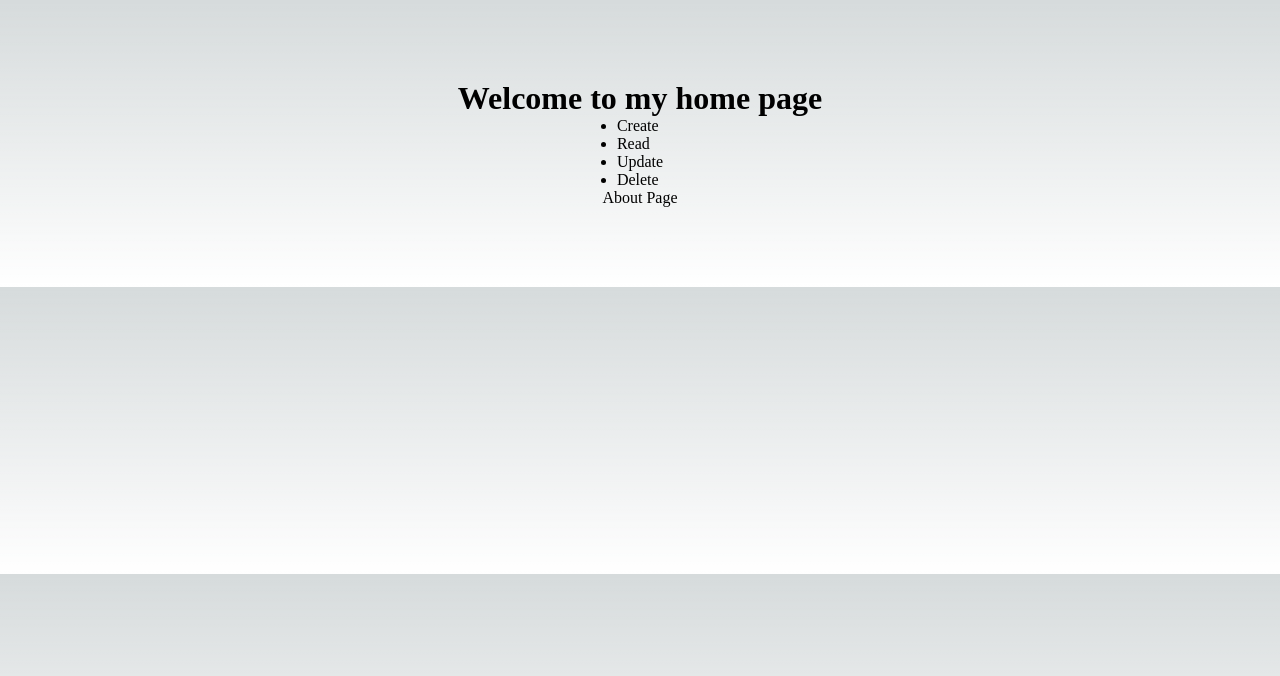
Repository: Aaron-Trippy/class-4-tests
Page: /
The author's editor kept a copy of each file at every save. The page is drawn from the files as they stood at one save, then again after the next save.
The browser window is 1280 px wide. The pictures show the whole page.
The project was rebuilt for these pictures with package versions that can differ from the ones it lists, and the page was loaded fresh each time. The framework's server and built-in components were replaced by stand-ins that run in the browser. Also part of the build but not shown: next.config.js.

Above is the page before, as saved 2023-01-26 14:49:04.

After the next save:
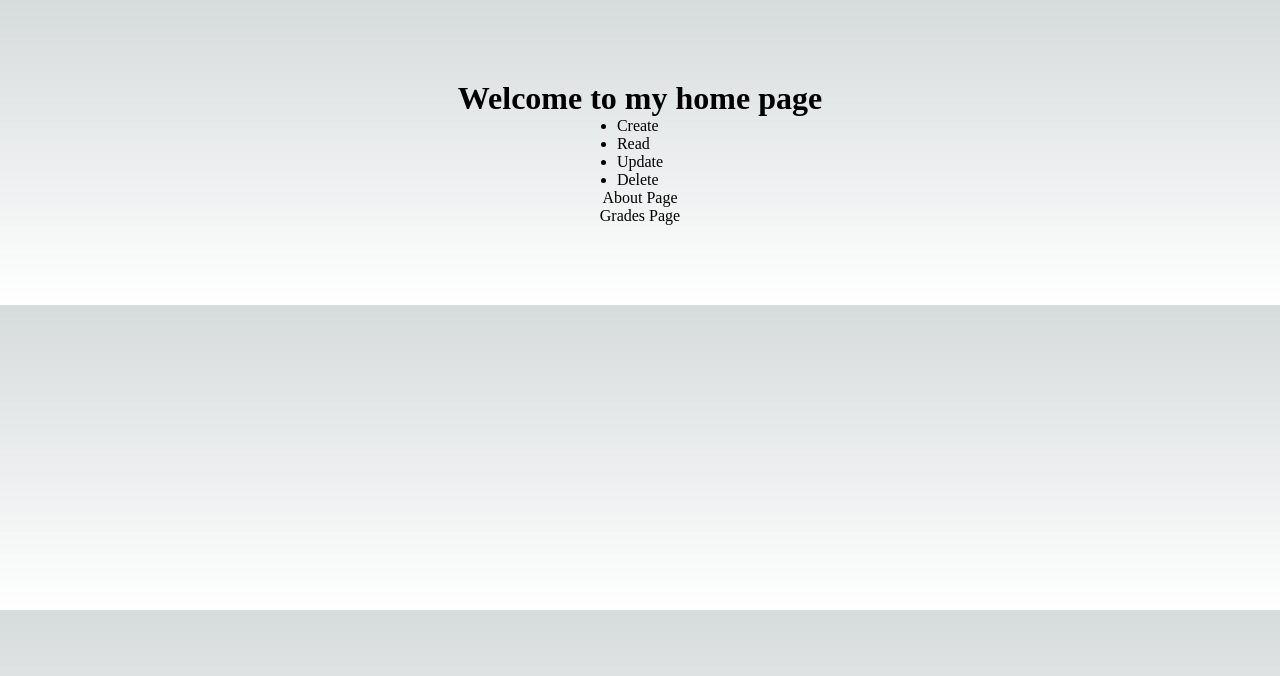
Saved 3 min 15 s later.
--- a/pages/index.js
+++ b/pages/index.js
@@ -25,7 +25,8 @@ export default function Home() {
           <li>Delete</li>
         </ul>
 
-        <a href="pages\about.js">About Page</a>
+        <a href="http://localhost:3000/about">About Page</a>
+        <a href="http://localhost:3000/grades">Grades Page</a>
 
       </main>
     </>
